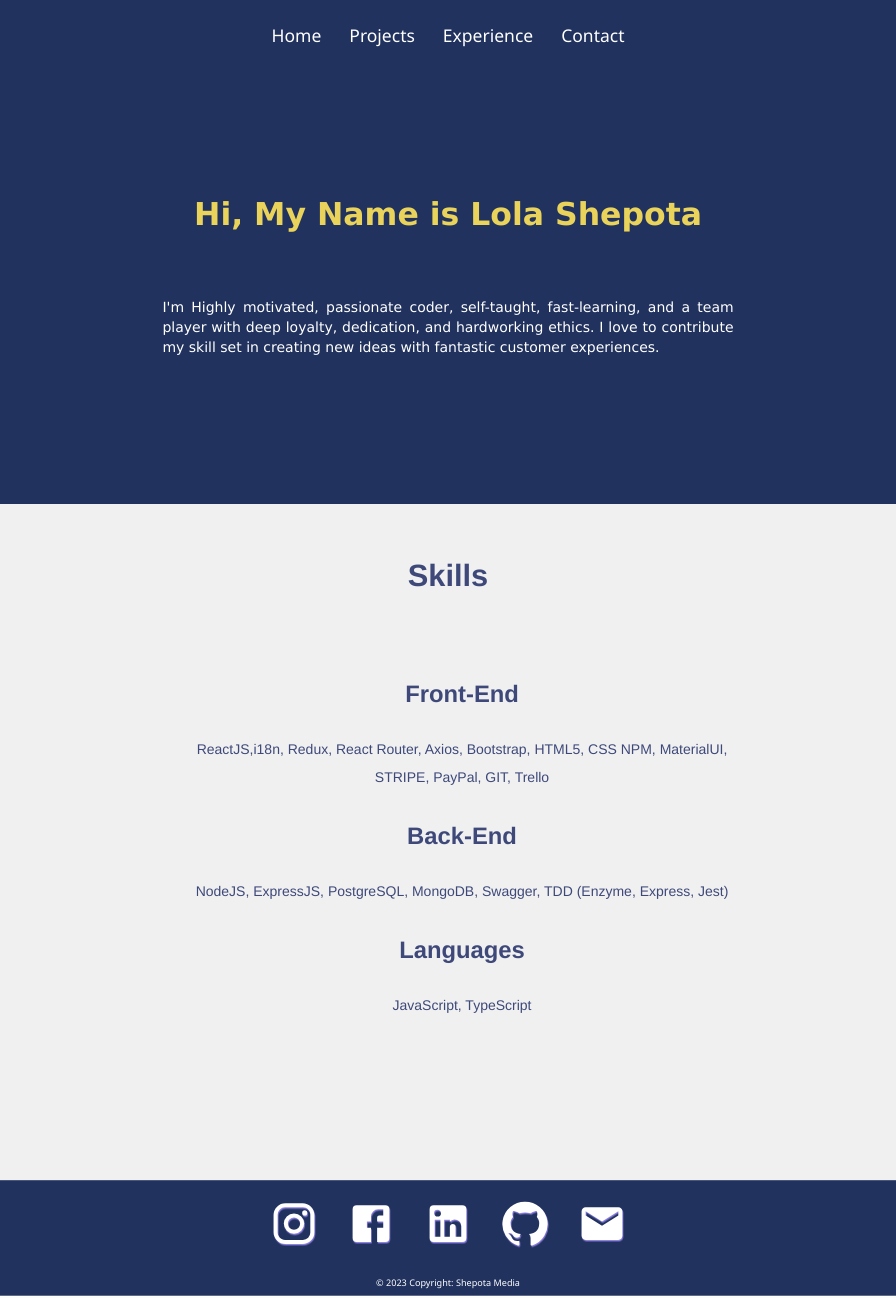
Repository: LolaSL/react-portfolio
Page: /
The author's editor kept a copy of each file at every save. The page is drawn from the files as they stood at one save, then again after the next save.
The browser window is 1280 px wide. The pictures show the whole page, at 70% of full size.
The project was rebuilt for these pictures with package versions that can differ from the ones it lists, and the page was loaded fresh each time. Also part of the build but not shown: src/components/ProjectItem/ProjectItem.jsx, src/helpers/ProjectList.js, src/pages/Projects/Style.css, src/pages/Projects/Projects.jsx, src/pages/Experience/Style.css, src/pages/Experience/Experience.jsx, src/pages/ProjectDetail/ProjectDetail.jsx, src/pages/Contact/Style.css and 1 more.

Above is the page before, as saved 2023-07-02 09:36:52.

### src/App.js
import './App.css';
import { BrowserRouter as Router, Routes, Route } from 'react-router-dom';
import Home from './pages/Home/Home.jsx';
import Projects from './pages/Projects/Projects.jsx';
import Experience from './pages/Experience/Experience.jsx';
import Navbar from "./components/Navbar/Navbar.jsx";
import Footer from './components/Footer/Footer.jsx';
import ProjectDetail from './pages/ProjectDetail/ProjectDetail';
import Contact from './pages/Contact/Contact';


function App() {
  return (
    <div className="App">
      <Router>
      <Navbar />
        <Routes>
          <Route path="/" element={<Home />} />
          <Route path="/projects" element={<Projects />} />
          <Route path="/project/:id" element={<ProjectDetail />} />
          <Route path="/experience" element={<Experience />} />
          <Route path="/contact" element ={<Contact/>}/>
        </Routes>
        <Footer />
      </Router>
    </div>
  );
}

export default App;

### src/App.css
.App {
  width: 100%;
  height: auto;
  display: flex;
  flex-direction: column;
  font-family:'Segoe UI', Tahoma, Geneva, Verdana, sans-serif;
  background-color: #f0f0f0;
}

body {
  padding: 0;
  margin: 0;
}

### src/pages/Home/Home.jsx
import React from "react";
import "./Style.css";

const Home = () => {
  return (
    <div className="home">
      <div className="about">
        <h1> Hi, My Name is Lola Shepota</h1>
        <div className="prompt">
          <p>
             I'm Highly motivated, passionate
            coder, self-taught, fast-learning, and a team player with deep
            loyalty, dedication, and hardworking ethics. I love to contribute my
            skill set in creating new ideas with fantastic customer experiences.
          </p>
        </div>
      </div>
      <div className="skills">
        <h2> Skills</h2>
        <ol className="list">
          <li className="item">
            <h3> Front-End</h3>
            <span>
              ReactJS,i18n, Redux, React Router, Axios, Bootstrap, HTML5, CSS
              NPM, MaterialUI, STRIPE, PayPal, GIT, Trello
            </span>
          </li>
          <li className="item">
            <h3>Back-End</h3>
            <span>
              NodeJS, ExpressJS, PostgreSQL, MongoDB, Swagger, TDD (Enzyme,
              Express, Jest)
            </span>
          </li>
          <li className="item">
            <h3>Languages</h3>
            <span>JavaScript, TypeScript</span>
          </li>
        </ol>
      </div>
    </div>
  );
};

export default Home;

### src/components/Navbar/Navbar.jsx
import React, { useEffect, useState } from "react";
import { Link, useLocation } from "react-router-dom";
import DehazeIcon from "@mui/icons-material/Dehaze";
import "./Style.css";

const Navbar = () => {
  const [expandNavbar, setExpandNavbar] = useState(false);
  const location = useLocation();
  useEffect(() => {
    setExpandNavbar(false);
  }, [location]);
  return (
    <div className="navbar" id={expandNavbar ? "open" : "close"}>
      <div className="toggleButton">
        <button
          onClick={() => {
            setExpandNavbar((prev) => !prev);
          }}
        >
          <DehazeIcon />
        </button>
      </div>
      <div className="links">
        <Link to="/"> Home </Link>
        <Link to="/projects"> Projects </Link>
        <Link to="/experience"> Experience </Link>
        <Link to="/contact"> Contact </Link>
      </div>
    </div>
  );
};

export default Navbar;

### src/components/Footer/Footer.jsx
import React from "react";
import InstagramIcon from "@mui/icons-material/Instagram";
import FacebookIcon from "@mui/icons-material/Facebook";
import LinkedInIcon from "@mui/icons-material/LinkedIn";
import GitHubIcon from "@mui/icons-material/GitHub";
import EmailIcon from "@mui/icons-material/Email";
import "./Style.css";

const Footer = () => {
  return (
    <div className="footer">
      <div className="socialMedia">
        <InstagramIcon />
        <FacebookIcon />
        <LinkedInIcon />
        <GitHubIcon />
        <a href="mailto:lolashepota@gmail.com?subject=Mail from my Website">
            <EmailIcon />
          </a>
      </div>
      <div className="copyright">
        <p>&copy; {new Date().getFullYear()} Copyright: Shepota Media</p>
      </div>
    </div>
  );
};

export default Footer;

### src/pages/Home/Style.css
.home {
    width: 100%;
    align-items: center;
    font-family: "Helvetica Neue",Helvetica;
    color: #3e497a;


  }

  .about {
    width: 100%;
    height: calc(100vh - 100px);
    display: flex;
    flex-direction: column;
    justify-content: center;
    align-items: center;
    text-align: center;
    background-color: #21325e;
    color: #f0f0f0;
  }

  .about h1 {
    font-family:Verdana, Geneva, Tahoma, sans-serif;
    font-size: 45px;
    color: #e9d35b;
    height: 50px;
    margin-bottom: 25px;
  }

  .about .prompt {
    width: 50%;
    font-size: 30px;
  }
   .prompt p {
    font-size: 20px;
    text-align: justify;
    font-family: Verdana, Geneva, Tahoma, sans-serif;
    line-height: 29px;
    padding: 40px;
   }
  .skills {
    font-size: 35px;
    width: 100%;
    display: flex;
    justify-content: center;
    flex-direction: column;
    align-items: center;
    margin-top: 40px;
  }

  .skills h2 {
    color: #3e497a;
    font-size: 44px;
    margin-bottom: 40px;
  }
  .skills h3 {
    color: #3e497a;
    font-size: 34px;
    margin-top: 50px;;
  }

  .skills .list {
    list-style: none;
    width: 60%;
  }

  .list span {
    font-size: 20px;
  }


    .about .prompt {
      margin-top: 10px;
      font-size: 20px;
      width: 70%;
    }

    .skills {
      text-align: center;
    }


    @media only screen and (max-width: 1300px) {
      .about h2 {
        font-size: 48px;
      }

  }
    @media only screen and (max-width: 800px) {
      .about h2 {
        font-size: 38px;
      }

  }
    @media only screen and (max-width: 600px) {
      .about h2 {
        font-size: 28px;
      }
      .about .prompt {
        margin-top: 10px;
        font-size: 20px;
        width: 80%;
      }

      .skills {
        text-align: center;
      }
      .list {
        padding: 20px;
      }

      .skills h2 {
        font-size: 40px;
        margin-bottom: 20px;
      }
      .skills h3 {
        font-size: 30px;
        margin-top:30px;
      }
  }

### src/components/Navbar/Style.css
.navbar {
  width: 100%;
  height: 100px;
  background: #21325e;
}

.links {
  width: 100%;
  height: 100%;
  display: flex;
  align-items: center;
  justify-content: center;
  color: white;
}

.navbar a {
  color: white;
  text-decoration: none;
  margin: 20px;
  font-size: 25px;
}

.toggleButton {
  width: 100%;
  height: 100px;
  display: flex;
  align-items: center;
  justify-content: flex-end;
}

.toggleButton svg {
  font-size: 50px;
}
.toggleButton button {
  margin-right: 20px;
  background-color: transparent;
  border: none;
  color: white;
  cursor: pointer;
}

#open {
  height: 100vh;
}

#open .links {
  flex-direction: column;
  justify-content: flex-start;
  margin-top: 100px;
}

#open a {
  width: 100%;
  text-align: center;
}

@media only screen and (max-width: 900px) {
  .navbar a {
    width: 70px;
  }
}

@media only screen and (max-width: 600px) {
  .toggleButton {
    display: flex;
  }
  #close a {
    display: none;
  }
}

@media only screen and (min-width: 600px) {
  .toggleButton {
    display: none;
  }

  .hiddenLinks {
    display: none;
  }

  #open {
    height: 100px;
  }

  #open .links {
    flex-direction: row;
  }
}

### src/components/Footer/Style.css
.footer {
    width: 100%;
    height: 155px;
    background: #21325e;
    display: flex;
    justify-content: center;
    align-items: center;
    flex-direction: column;
    padding-top: 10px;
    margin-top: 200px;
  }

  .socialMedia svg{
    color: white;
    margin: 20px;
    font-size: 70px;
    cursor: pointer;
  }

p {
    color: white;
    font-size: small;
  }

  @media only screen and (max-width: 600px) {
    .footer svg {
      font-size: 50px;
    }
  }

### src/pages/ProjectDetail/Style.css
.project {
  width: 100%;
  height: calc(100vh - 100px);
  display: flex;
  justify-content: center;
  align-items: center;
  flex-direction: column;
}

.project > h1 {
  margin-bottom: 50px;
  color: #3e497a;
  font-size: 2rem;
}
.project img {
  max-width: 700px;
  border-radius: 10px;
  margin-bottom: 40px;
}

.project h3 {
  font-size: 1.7rem;
  color: #3e497a;
  padding: 50px;
  text-align: justify;
}
a {
  text-decoration: none;
  color: rgb(11, 37, 185);
  font-weight: normal;
  font-size: 24px;
}
a:hover {
  text-decoration: none;
  color: rgb(188, 188, 24);
  font-weight: bold;
  transition: all ease 0.3s;
  font-size: 24px;
  cursor: pointer;
  text-shadow: 0 0 0.625em rgb(203, 211, 56);
}
.project svg {
  font-size: 60px;
  color: #3e497a;
}
.project svg:hover {
  color: #2d2d84;
  cursor: pointer;
}
svg {
  filter: drop-shadow(1px 2px 1px rgb(144, 130, 227));
}
@media only screen and (max-width: 1300px) {
  .project img {
    max-width: 500px;
    border-radius: 8px;
  }
  .project h1 {
    font-size: 1.8rem;
  }
  .project h3 {
    font-size: 1.4rem;
  }
}

@media only screen and (max-width: 800px) {
  .project img {
    max-width: 374px;
    border-radius: 6px;
  }
  .project h1 {
    font-size: 1.7rem;
  }
  .project h3 {
    font-size: 1.3rem;
  }
}

Loaded but not shown: public/index.html (common file); src/index.js (common file); src/reportWebVitals.js (common file)

After the next save:
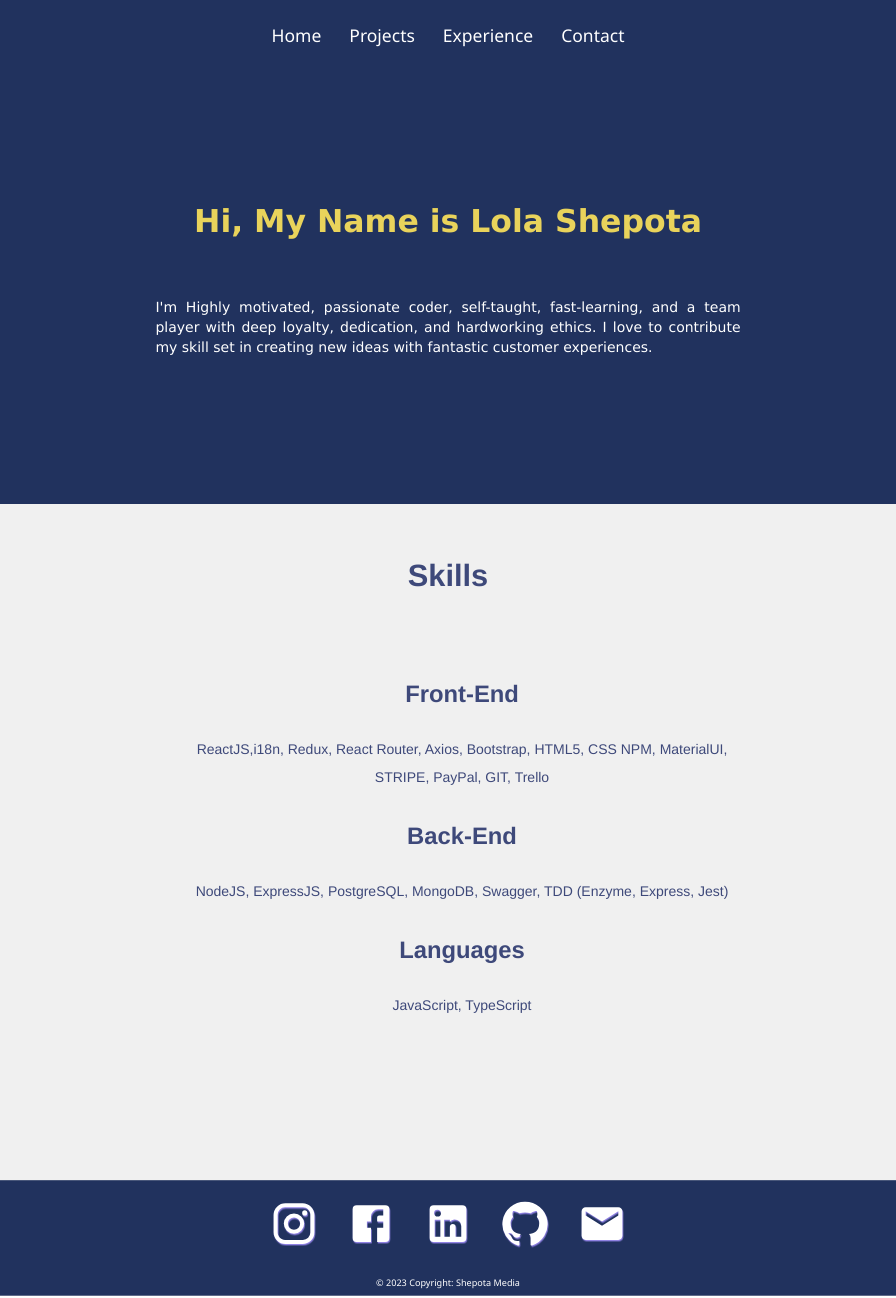
Saved 35 s later.
--- a/src/pages/Home/Style.css
+++ b/src/pages/Home/Style.css
@@ -36,7 +36,7 @@
     text-align: justify;
     font-family: Verdana, Geneva, Tahoma, sans-serif;
     line-height: 29px;
-    padding: 40px;
+    padding: 30px;
    }
   .skills {
     font-size: 35px;
